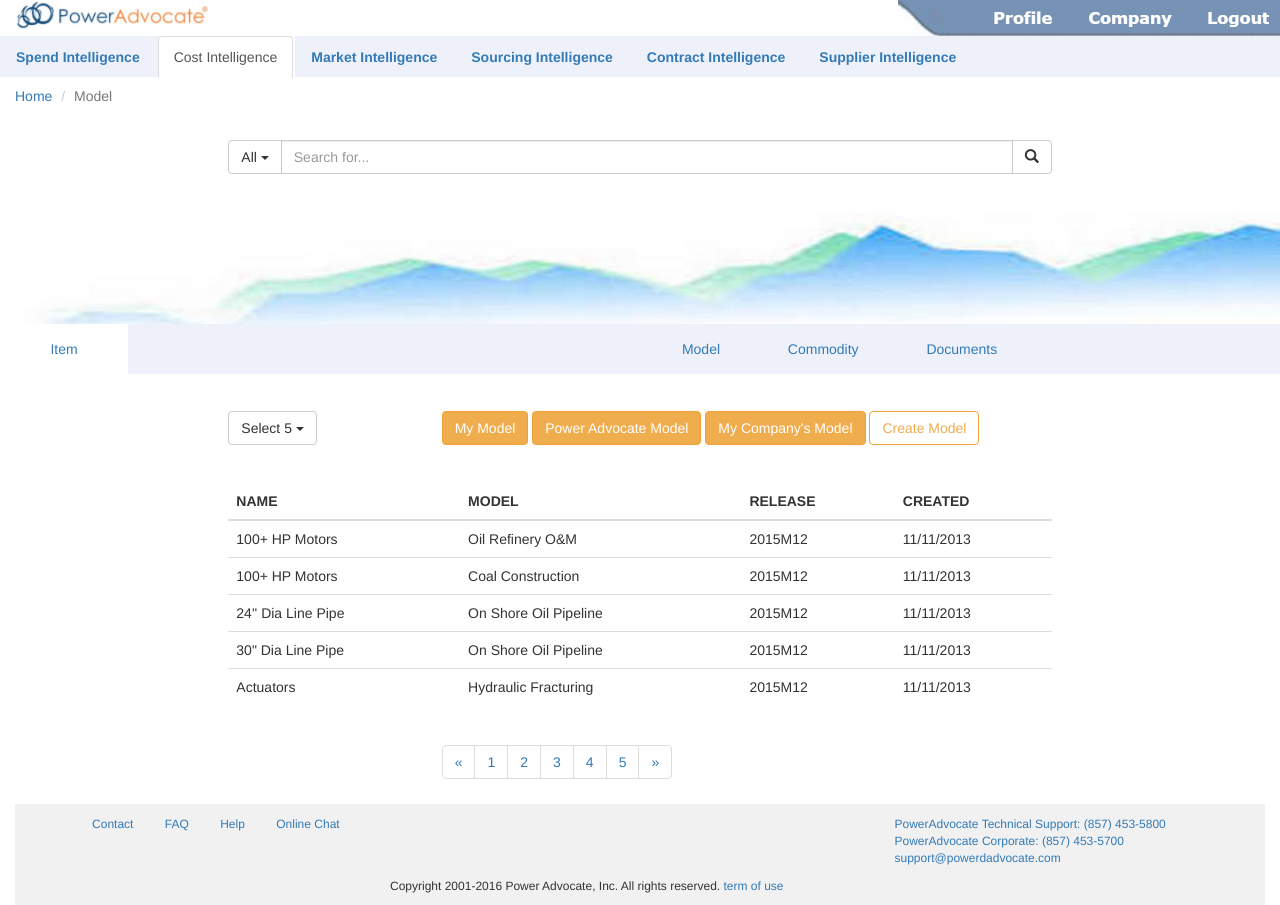
Repository: SamiraMansouri/PowerAdvocate-CostIntelligence-Application-new-Design-using-UserExperience-Method-
Page: http://localhost/PowerAdvocate/WEB-INF/views/Item.jsp
These files come from the project's save history. The page is drawn as it stood at one moment and after the next save; the edit follows.
The browser window is 1280 px wide. The pictures show the whole page.
The page is served by Tomcat 9. Nobody is signed in. The template is opened directly, without the code that normally fills it, so the values that code supplies are empty.

Above is the page before, as saved 2016-04-25 01:55:58.

After the next save:
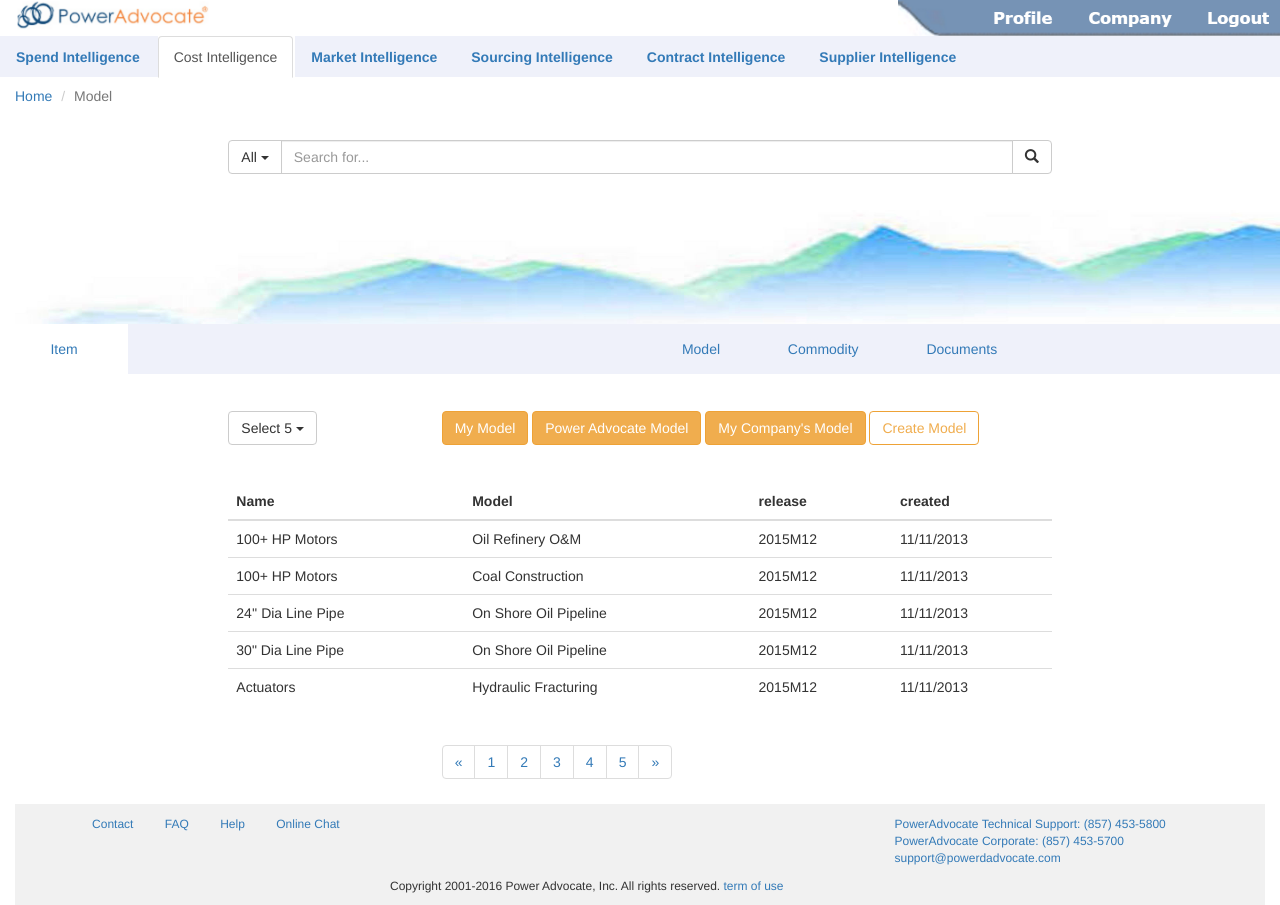
Saved 36 s later.
--- a/PowerAdvocate-Prototype/PowerAdvocate/src/main/webapp/WEB-INF/views/Item.jsp
+++ b/PowerAdvocate-Prototype/PowerAdvocate/src/main/webapp/WEB-INF/views/Item.jsp
@@ -256,10 +256,10 @@
     		<table class="table table-hover">
     					<thead>
       						<tr>
-        						<th style="padding-right:5%;">NAME</th>
-                    <th style="padding-right:5%;">MODEL</th>
-        						<th>RELEASE </th>
-        						<th>CREATED</th>
+        						<th>Name</th>
+                    <th>Model</th>
+        						<th>release </th>
+        						<th>created</th>
       						</tr>
     					</thead>
     					<tbody>
